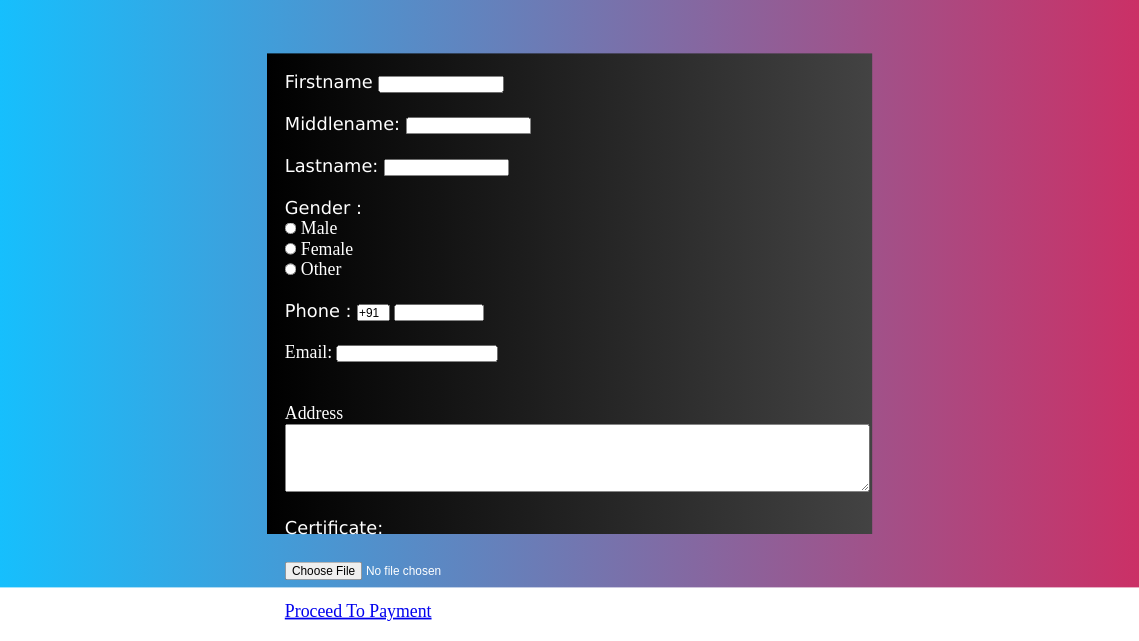
Repository: sarthakkathpalia/elliptical
Page: html/form.html
These files come from the project's save history. The page is drawn as it stood at one moment and after the next save; the edit follows.
The browser window is 1280 px wide. The pictures show the whole page, at 89% of full size.

Above is the page before, as saved 2021-10-30 17:29:41.

After the next save:
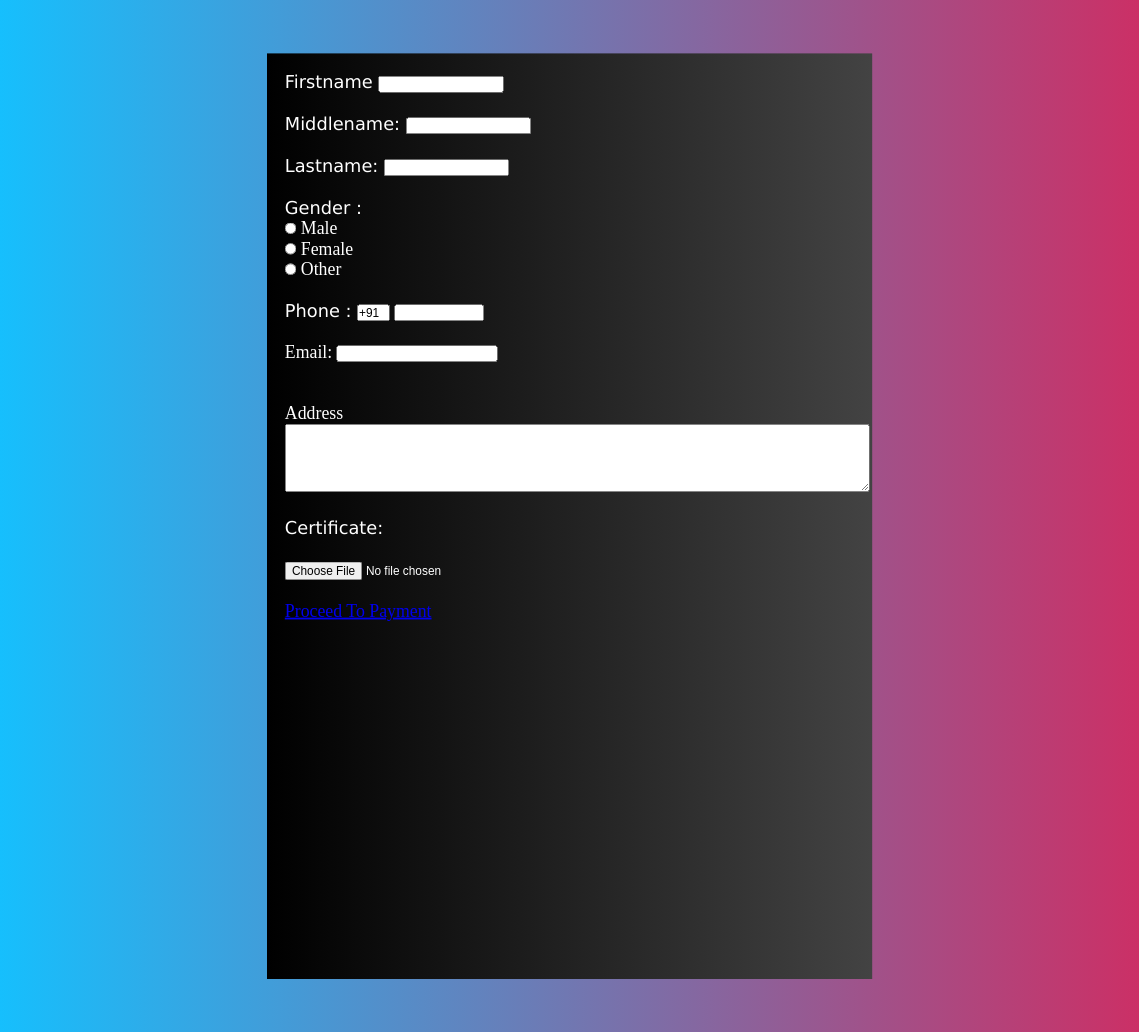
Saved 9 s later.
--- a/html/form.html
+++ b/html/form.html
@@ -26,7 +26,7 @@
             color: white;
             background-image: linear-gradient(to right , #000000,#434343);
             width: 50%;
-            height: 500px;
+            height: 1000px;
             margin-top: 60px;
             margin-bottom: 60px;
             margin-left: 300px;
